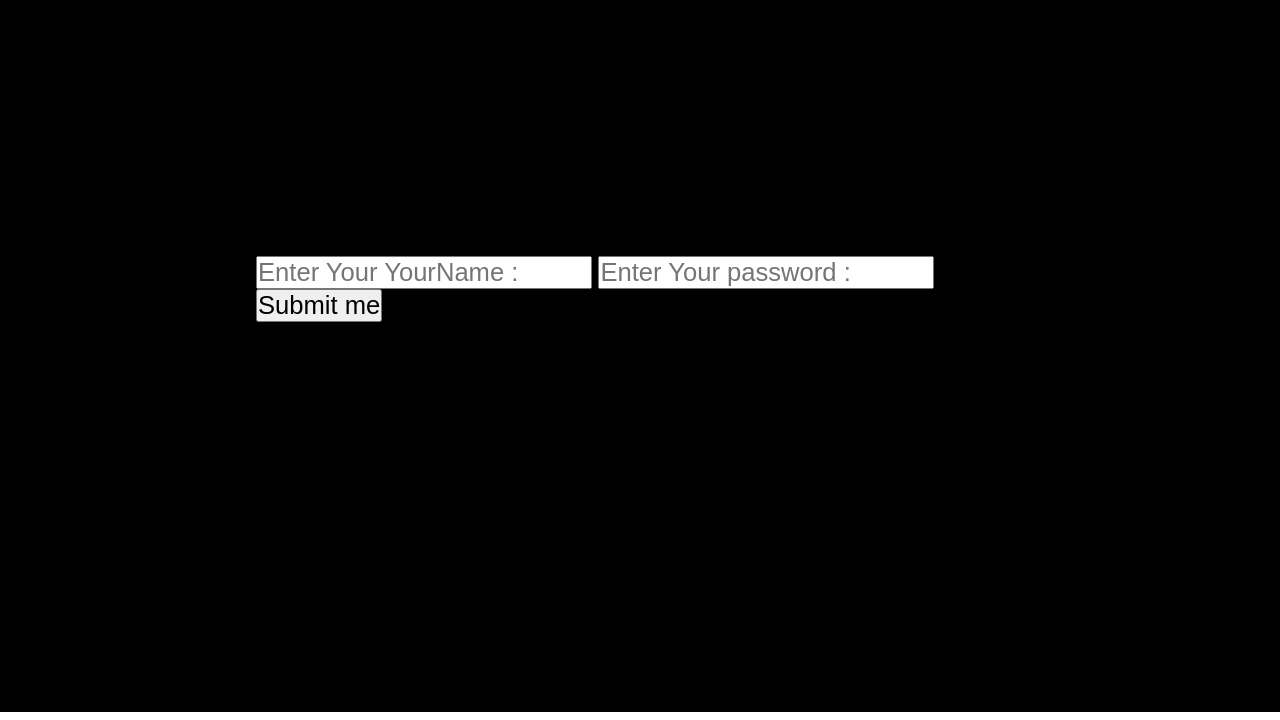
Repository: Deepak-Mane1902/simple-Calculator-using-JSP-Servlet
Page: webProject/src/main/webapp/index.html
These files come from the project's save history. The page is drawn as it stood at one moment and after the next save; the edit follows.
The browser window is 1280 px wide. The pictures show the whole page.

Above is the page before, as saved 2024-12-14 17:36:39.

After the next save:
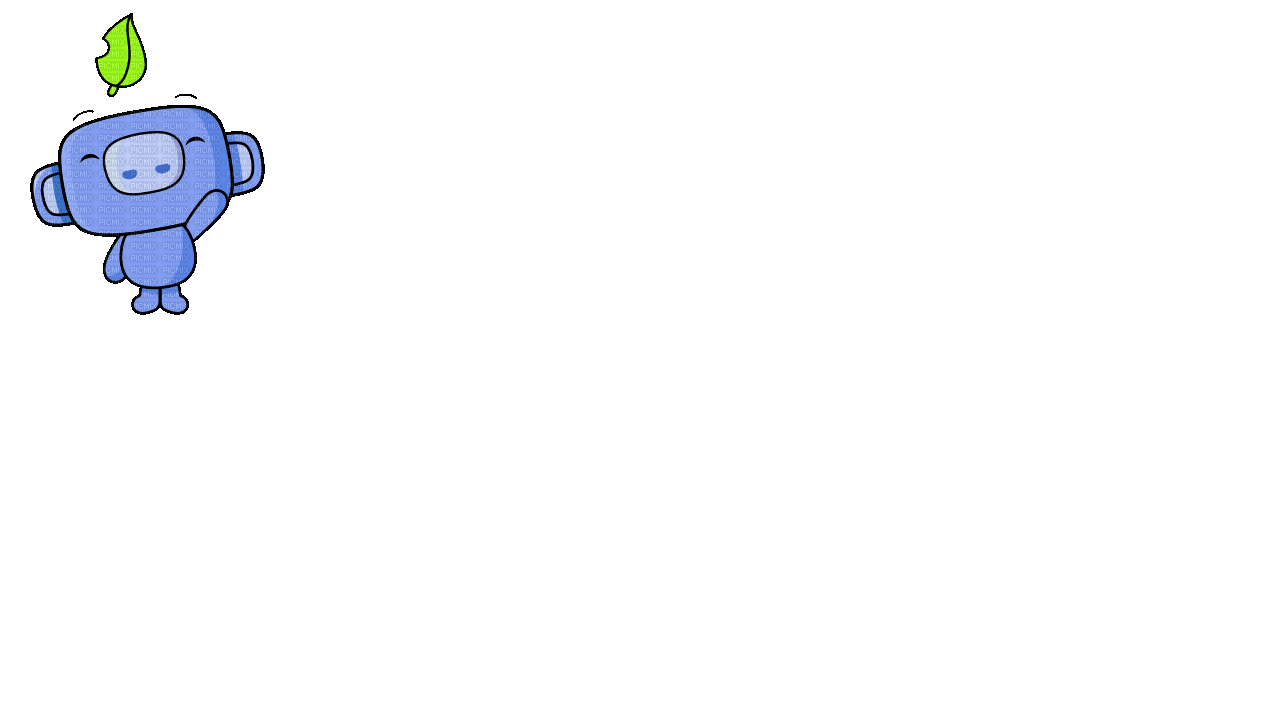
Saved 12 h 51 min later.
--- a/webProject/src/main/webapp/index.html
+++ b/webProject/src/main/webapp/index.html
@@ -6,10 +6,7 @@
 <link rel="stylesheet" href="style.css" >
 </head>
 <body>
-<form action="myServlet" method="Post">
-<input name="username" placeholder="Enter Your YourName : "></input>
-<input name="password" placeholder="Enter Your password : "></input>
-<button>Submit me</button>
+<img src="images/gip.gif" />
 </form>
 </body>
 </html>
